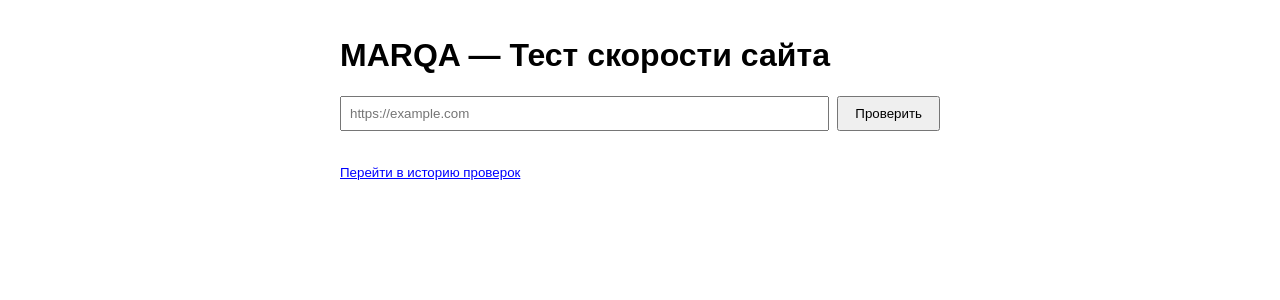
Repository: zubkovanatolii/marqa
Page: /
The author's editor kept a copy of each file at every save. The page is drawn from the files as they stood at one save, then again after the next save.
The browser window is 1280 px wide. The pictures show the whole page.
The project was rebuilt for these pictures with package versions that can differ from the ones it lists, and the page was loaded fresh each time. The framework's server and built-in components were replaced by stand-ins that run in the browser. Also part of the build but not shown: next.config.mjs.

Above is the page before, as saved 2025-05-01 23:15:28.

After the next save:
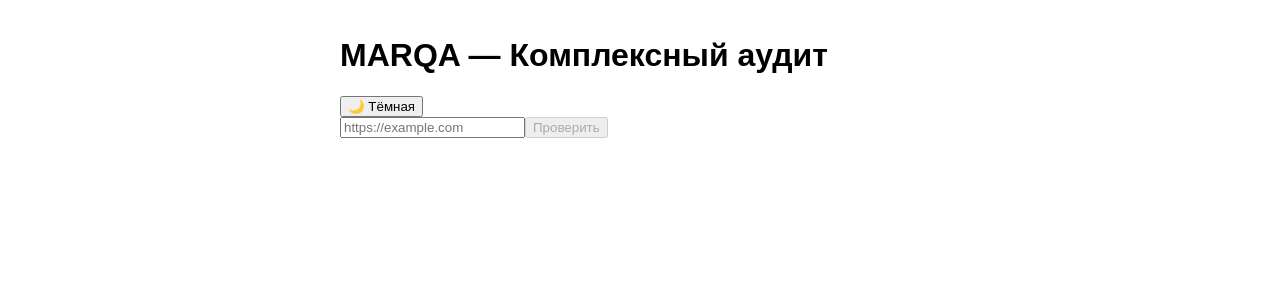
Saved 10 s later.
--- a/pages/index.js
+++ b/pages/index.js
@@ -1,87 +1,84 @@
 // pages/index.js
-import { useState } from 'react';
-import { useRouter } from 'next/router';
+import { useState } from 'react'
 
-export default function Home() {
-  const [url, setUrl] = useState('');
-  const [message, setMessage] = useState('');
-  const [performance, setPerformance] = useState(null);
-  const router = useRouter();
+export default function Home({ theme, setTheme }) {
+  const [url, setUrl] = useState('')
+  const [loading, setLoading] = useState(false)
+  const [results, setResults] = useState(null)
+  const [error, setError] = useState('')
 
   const handleCheck = async () => {
-    setMessage('');
-    setPerformance(null);
-    if (!url) {
-      setMessage('Введите URL');
-      return;
-    }
-
+    setError('')
+    setResults(null)
+    setLoading(true)
     try {
       const res = await fetch('/api/lighthouse', {
         method: 'POST',
         headers: { 'Content-Type': 'application/json' },
-        body: JSON.stringify({ url }),
-      });
-      const data = await res.json();
+        body: JSON.stringify({ url })
+      })
+      const data = await res.json()
+      if (data.success) setResults(data)
+      else setError(data.message)
+    } catch {
+      setError('Ошибка сети')
+    } finally {
+      setLoading(false)
+    }
+  }
 
-      if (data.success) {
-        setPerformance(data.performance);
-        const history = JSON.parse(localStorage.getItem('mrqaHistory') || '[]');
-        history.unshift({
-          url,
-          performance: data.performance,
-          time: new Date().toLocaleString(),
-        });
-        localStorage.setItem('mrqaHistory', JSON.stringify(history));
-      } else {
-        setMessage(data.message || 'Ошибка');
-      }
-    } catch {
-      setMessage('Ошибка запроса');
-    }
-  };
+  const colorFor = v =>
+    v >= 80 ? 'var(--success)' :
+    v >= 50 ? 'var(--warn)' :
+    'var(--error)'
 
   return (
     <div className="container">
-      <h1>MARQA — Тест скорости сайта</h1>
+      <header>
+        <h1>MARQA — Комплексный аудит</h1>
+        <div className="controls">
+          <button
+            onClick={() => setTheme(t => t === 'light' ? 'dark' : 'light')}
+            className="theme-toggle"
+          >
+            {theme === 'light' ? '🌙 Тёмная' : '☀️ Светлая'}
+          </button>
+        </div>
+      </header>
 
-      <div style={{ display: 'flex', gap: '0.5rem', marginTop: '1rem' }}>
+      <div className="form-row">
         <input
           type="url"
           placeholder="https://example.com"
           value={url}
-          onChange={(e) => setUrl(e.target.value)}
-          style={{ flexGrow: 1, padding: '0.5rem' }}
+          onChange={e => setUrl(e.target.value)}
         />
-        <button onClick={handleCheck} style={{ padding: '0.5rem 1rem' }}>
-          Проверить
+        <button onClick={handleCheck} disabled={loading || !url}>
+          {loading ? 'Проверка…' : 'Проверить'}
         </button>
       </div>
 
-      {message && (
-        <p style={{ color: 'red', marginTop: '1rem' }}>{message}</p>
+      {error && <p className="error">Ошибка: {error}</p>}
+
+      {results && (
+        <div className="results">
+          {['performance','accessibility','bestPractices','seo','pwa'].map(key => {
+            const label = {
+              performance:'Performance',
+              accessibility:'Accessibility',
+              bestPractices:'Best Practices',
+              seo:'SEO',
+              pwa:'PWA',
+            }[key]
+            const val = results[key]
+            return (
+              <div key={key} className="result-item" style={{ color: colorFor(val) }}>
+                {label}: {val}%
+              </div>
+            )
+          })}
+        </div>
       )}
-
-      {performance !== null && (
-        <p style={{ color: performance >= 80 ? 'green' : 'orange', marginTop: '1rem' }}>
-          Скорость: {performance}%
-        </p>
-      )}
-
-      <p style={{ marginTop: '2rem' }}>
-        <button
-          onClick={() => router.push('/history')}
-          style={{
-            textDecoration: 'underline',
-            background: 'none',
-            border: 'none',
-            padding: 0,
-            color: 'blue'
-          }}
-        >
-          Перейти в историю проверок
-        </button>
-      </p>
     </div>
-  );
+  )
 }
